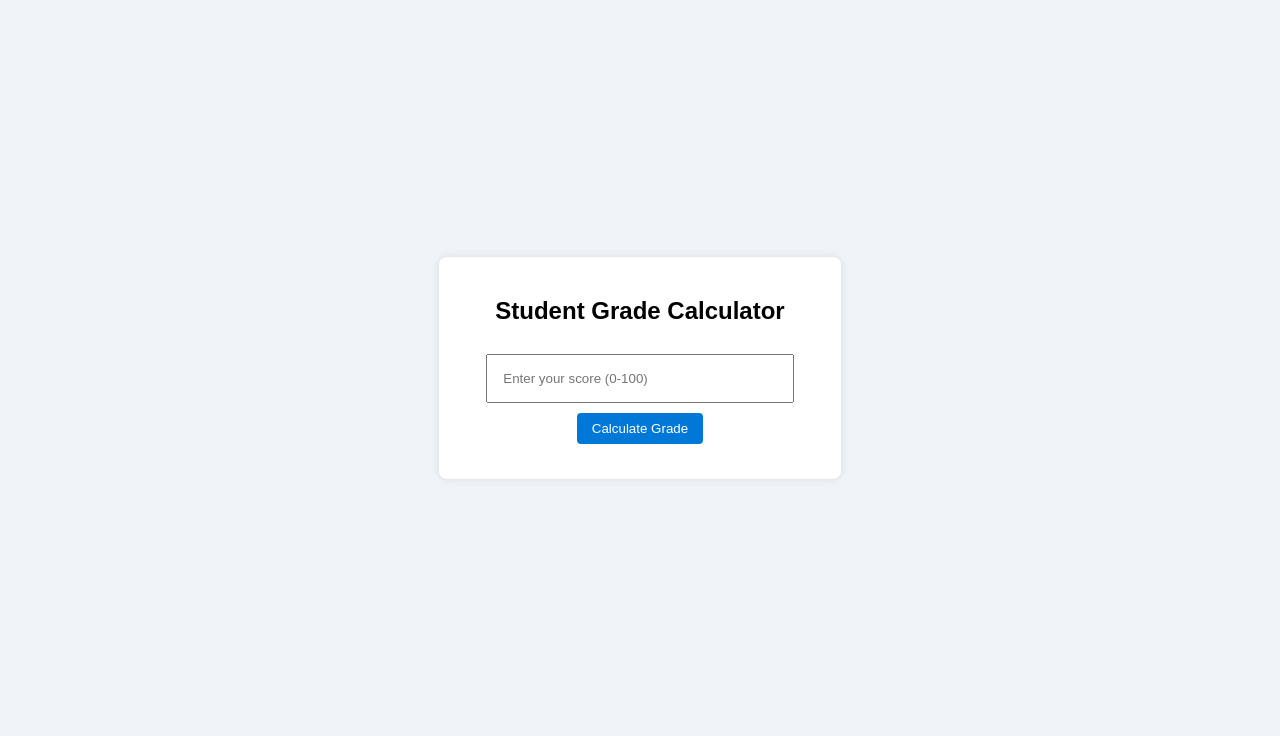
Repository: moshi704/web-dev-labs--group-1
Page: Week 5/Index.html
These files come from the project's save history. The page is drawn as it stood at one moment and after the next save; the edit follows.
The browser window is 1280 px wide. The pictures show the whole page.

Above is the page before, as saved 2026-06-23 17:28:30.

After the next save:
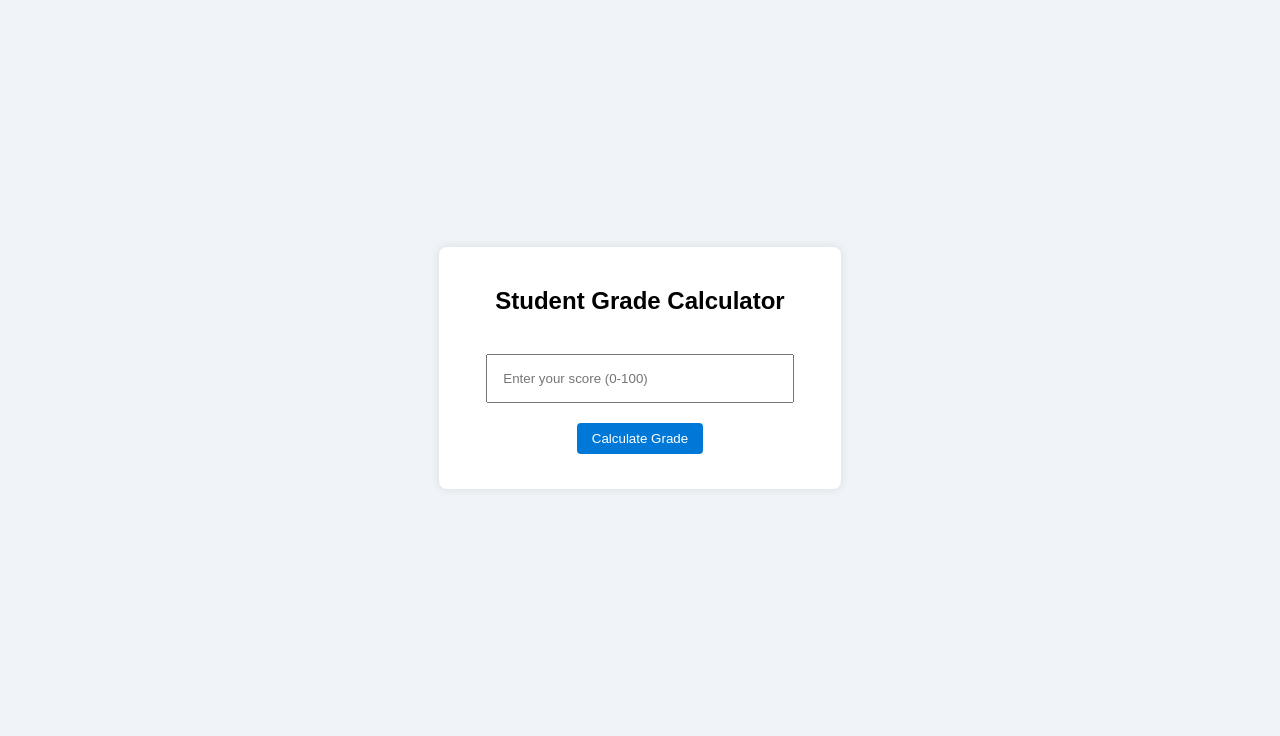
Saved 28 s later.
--- a/Week 5/style.css
+++ b/Week 5/style.css
@@ -17,7 +17,7 @@ body {
 
 input {
   padding: 15px;
-  margin: 10px 0;
+  margin: 20px 0;
   width: 80%;
 }
 
